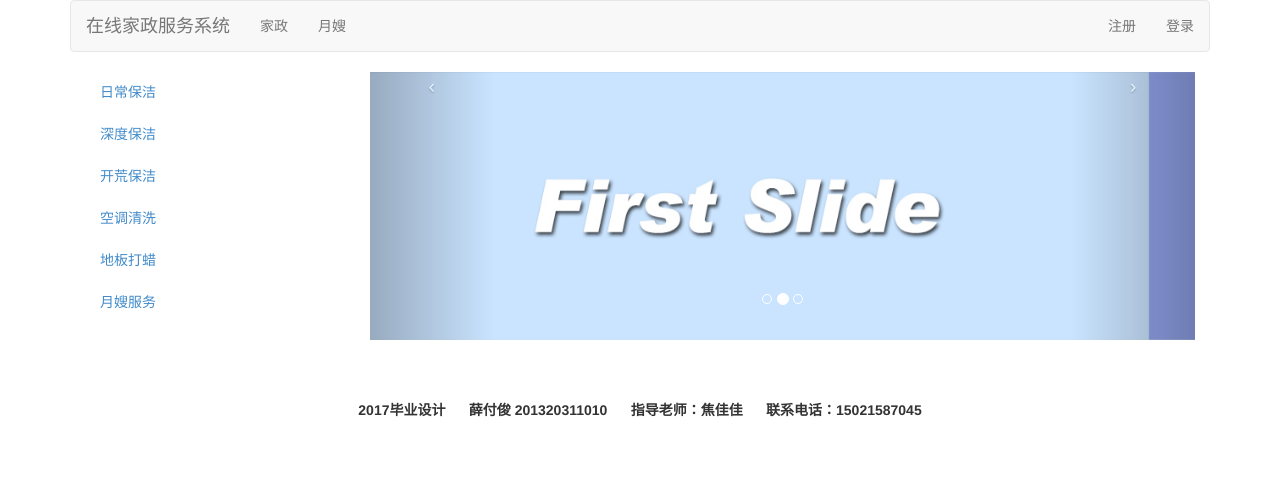
Repository: ELeonCXFJ/MyEclipseWS
Page: http://localhost/MyWeb/index.jsp
These files come from the project's save history. The page is drawn as it stood at one moment and after the next save; the edit follows.
The browser window is 1280 px wide. The pictures show the whole page.
The page is served by Tomcat 9. Nobody is signed in. The application's start-up code is not run.

Above is the page before, as saved 2017-03-21 04:41:57.

After the next save:
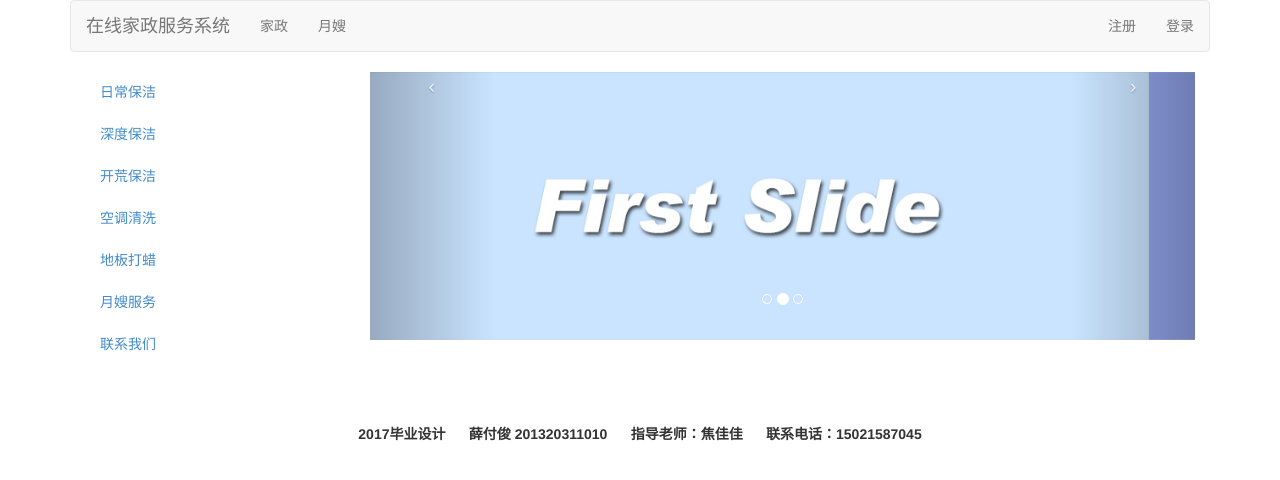
Saved 25 s later.
--- a/MyWeb/WebRoot/index.jsp
+++ b/MyWeb/WebRoot/index.jsp
@@ -26,6 +26,7 @@
 				<li><a href="#">空调清洗</a></li>
 				<li><a href="#">地板打蜡</a></li>
 				<li><a href="#">月嫂服务</a></li>
+				<li><a href="#">联系我们</a>
 			</ul>
 		</div>
 
